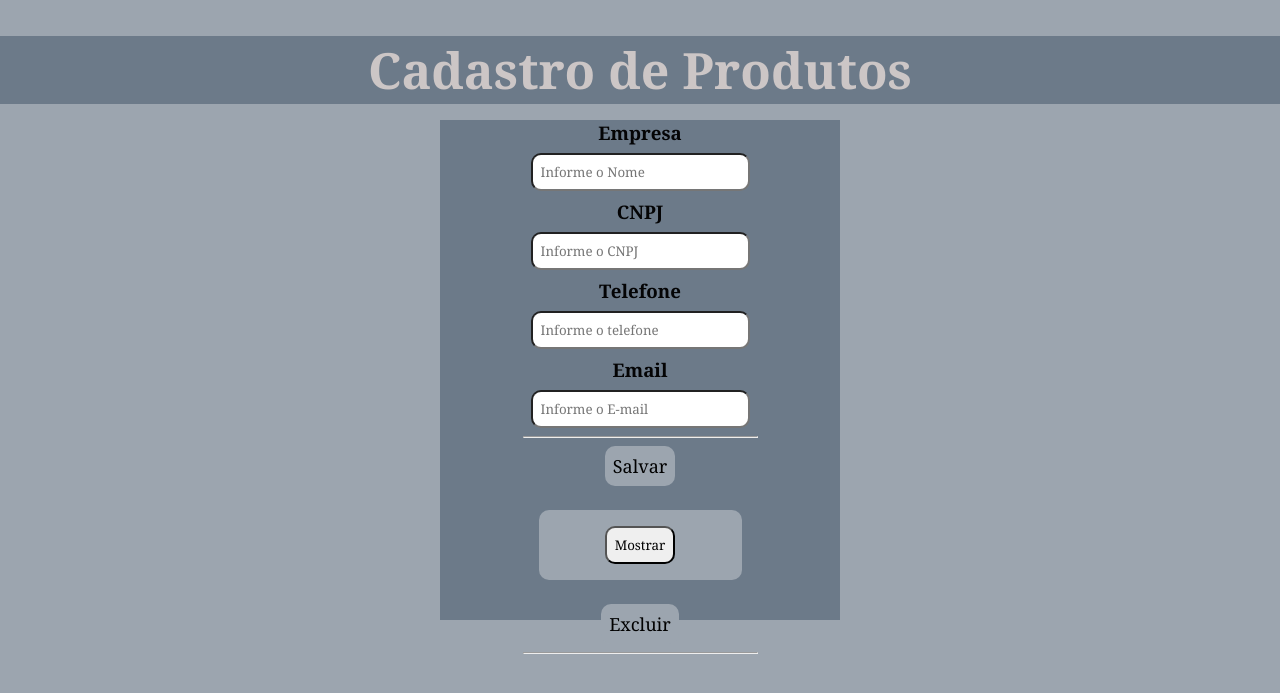
Repository: ArthurKJun/ProjetoCantinaEclipse
Page: http://localhost/arsan/cadastroFornecedor.jsp
These files come from the project's save history. The page is drawn as it stood at one moment and after the next save; the edit follows.
The browser window is 1280 px wide. The pictures show the whole page.
The page is served by Tomcat 9. Other server files are loaded and not shown.

Above is the page before, as saved 2023-11-03 03:56:51.
Console error: SyntaxError: Function statements require a function name

### arsan/src/main/webapp/cadastroFornecedor.jsp
<%@ page language="java" contentType="text/html; charset=ISO-8859-1"
	pageEncoding="ISO-8859-1"%>
<!DOCTYPE html>
<html>
<head>

<meta charset="ISO-8859-1">

<link rel="stylesheet" href="./Estilos/style.css">

<title>Cadastro de Fornecedor</title>

</head>
<body>
	<div class="container-geral-4">

		<h1>Cadastro de Produtos</h1>

		<div class="container-porta-cards-cad-fornecedor">

			<div class="inputs-cadastro-for">

				<form action="gravarFornecedor.jsp?editar=no" method="POST">

					<h3>Empresa</h3>
					<input type="text" id="nome" name="nome"
						placeholder="Informe o Nome">
					<h3>CNPJ</h3>
					<input type="text" id="cnpj" name="cnpj"
						placeholder="Informe o CNPJ">
					<h3>Telefone</h3>
					<input type="text" id="fone" name="fone"
						placeholder="Informe o telefone">
					<h3>Email</h3>
					<input type="text" id="email" name="email"
						placeholder="Informe o E-mail">
					<hr>
					<button onclick="Validar()">Salvar</button>

				</form>
				<div class="inputButton">
				<input type="button" onclick="document.location.href='<%="showFornecedor.jsp"%>'" value="Mostrar">
				</div>
				<button onclick="Excluir()">Excluir</button>
				<hr>
				<div id="Ver" style="display: flex;"></div>

			</div>

		</div>

	</div>

	<script>

    function validar(){
    	event.preventDefault();

    	let nome = document.getElementById('nome')
    	if(nome.value == ''){
    		alert('Informe nome')
    		nome.focus()
    		return
    	}

    	let cnpj = document.getElementById('cnpj')
    	if(cnpj.value == ''){
    		alert('Informe cnpj')
    		cnpj.focus()
    		return
    	}

    	let  fone = document.getElementById('fone')
    	if(fone.value == ''){
    		alert('Informe fone')
    		fone.focus()
    		return
    	}

    	let  email = document.getElementById('email')
    	if(email.value == ''){
    		alert('Informe email')
    		email.focus()
    		return
    	}

    	document.getElementsByTagName('form')[0].submit()
    }

    function(){
    	location.href = showFornecedor.jsp;
    }
    </script>
</body>
</html>

### arsan/src/main/webapp/Estilos/style.css
*{
    margin: 0;
    padding: 0;
    box-sizing: border-box;
    font-family: Georgia;

}

body{
    display: flex;
    flex-wrap: wrap;
}

.container-geral{

    width: 100vw;
    height: 100vh;
    background: #6c7a89;
    display: flex;
    flex-direction: row;
    justify-content: center;
    align-items: center;

}
.logo-container{

    display: flex;
    position: absolute;
    top: 40%;
    flex-direction: column;
}

.logo-container img{
    padding: 1rem;
    border-radius: 50%;
    height: 400px;
}

#form-container{
    display: flex;
    position: absolute;
    flex-direction: column;
    flex-wrap: wrap;
    top: 5%;
}

#register-form{

    border: 2px solid white;
    padding: .7rem;
    align-items: center;
    display: flex;
    flex-direction: column;
    font-size: larger;
}

#register-form h3{
    margin-bottom: 20px;
}

#register-form input{

    padding: 0.8rem 0.6rem;
    border: none;
    border-radius: 5px;
    margin-bottom: 10px;
}

#register-form input[type="submit"]{
    background-color: transparent;
    color: #fff;
    border: 2px solid #fff;
    font-size: 1.1rem;
    font-weight: bold;
    cursor: pointer;
    transition: .4s;
}

#register-form input[type="submit"]:hover{
    background-color: #fff;
    color: black;
}

/*---------------------------------------------------------*/
/* tela de entrada */

h1{
    background-color: #6c7a89;
    width: 100%;
    text-align: center;
    font-size: 50px;
    color: rgb(204, 198, 198);
}

.container-porta-cards{

    background-color: #475061;
    display: flex;
    width: 535px;
    height: 550px;
    border: 2px solid white;
    flex-wrap: wrap;
    align-items: center;
    padding: 1rem;
    margin-top: 2rem;

}

.card{

    background-color: #9ca5af;
    display: flex;
    padding: .5rem;
    margin: .5rem;
    width: 150px;
    height: 150px;
    border: 2px solid white;
    flex-direction: column;
    text-align: center;
    align-items: center;
    transition: .4s;

}

.container-porta-cards-2 :active{
    background-color: aqua;
}



.container-porta-cards :hover{

    background-color: #6c7a89;
    cursor: pointer;
}

.card img{

    margin-top: 10px;
    width: 100px;
    height: 100px;
    border-radius: 20%;
    transition: .4s;
}

#venda{

    width: 480px;
    height: 150px;
}

.container-geral-entrada{

    width: 100vw;
    height: calc(100vh + 200px);
    background: #9ca5af;
    display: flex;
    flex-direction: row;
    justify-content: center;


}

/* area de vendas */

.container-porta-cards-2{

    flex: 1.4;
    background-color: #475061;
    border: 2px solid white;
    flex-wrap: wrap;
    align-items: center;
    padding: 1rem;
    display: flex;
}

.container-porta-cards-2 :hover{

    background-color: #6c7a89;
    cursor: pointer;
}

.container-lista-vendas{
    height: 36.9rem;
    margin-right: 2rem;
    margin: 1rem;
    flex: 1;
    background-color: #475061;
    border: 2px solid white;
    flex-wrap: wrap;
    position: relative;
    padding: 1rem;
}

.container-geral-3{

    gap: 1rem;
    width: 100vw;
    height: 100vh;
    background: #9ca5af;
    display: flex;
    flex-direction: row;
    justify-content: center;
    align-items: center;

}

table{

    margin-top: 1rem;
    position: absolute;
    margin-left: 2rem;

}
table th {

    padding: .5rem;
    width: 200px;
    background-color: #6c7a89;
    border-radius: 10px;

}

table td{
    text-align: center;
    padding: 0.5rem;
    background-color: #6c7a89;
    border-radius: 10px;
}

.bExcluir{
    background-color: transparent;
}

.excluir{
    background-color: transparent;
    border-radius: 5px;
}

.excluir img{
    width: 1rem;
}

tfoot td{
    font-weight: bold;

}

/* tela cadastro cliente */

.container-geral-4{

    width: 100vw;
    height: 100vh;
    background: #9ca5af;
    flex-direction: column;
    justify-content: center;
    align-items: center;
    display: flex;

}

.inputs-cadastro{


    flex: 1;
    text-align: center;

}

.inputs-cadastro input{

    padding: 0.5rem;
    margin: 0.5rem;
    border-radius: 10px;

}

.inputs-cadastro h3{

    margin-top: 1rem;


}

.inputs-cadastro button{

    padding: 0.5rem;
    margin: 1rem;
    font-size: large;
    background-color: #9ca5af;
    border: none;
    border-radius: 10px;

}

.inputs-cadastro button:hover{

    background-color: #fff;
    color: black;
    cursor: pointer;
}

.inputButton {

    padding: 0.5rem;
    margin: 1rem;
    font-size: large;
    background-color: #9ca5af;
    border: none;
    border-radius: 10px;

}

.inputButton :hover{

    background-color: #fff;
    color: black;
    cursor: pointer;
}

.container-porta-cards-cad{

    background-color: #6c7a89;
    width: 400px;
    height: 500px;
    color:#040405;
    justify-items: center;
    margin-top: 2rem;

}

.cliente{

    background-color: #9ca5af;
    margin: 1rem;
    border-radius: 5px;

}

a{
    text-decoration: none;
    color: #040405;
}

.container-geral-4 h1{

    margin-top: -4rem;

}

.produto{

    background-color: #9ca5af;
    margin: 1rem;
    border-radius: 5px;
}

.container-porta-cards-cad-fornecedor{

    background-color: #6c7a89;
    width: 400px;
    height: 500px;
    color:#040405;
    justify-items: center;
    margin-top: 1rem;
}

.inputs-cadastro-for{

    flex: 1;
    text-align: center;

}

.inputs-cadastro-for input{

    padding: 0.5rem;
    margin: 0.5rem;
    border-radius: 10px;
}

.inputs-cadastro-for button{

    padding: 0.5rem;
    margin: .5rem;
    font-size: large;
    background-color: #9ca5af;
    border: none;
    border-radius: 10px;

}

.inputs-cadastro-for button:hover{

    background-color: #fff;
    color: black;
    cursor: pointer;
}

.fornecedor{
    background-color: #9ca5af;
    margin: 1rem;
    border-radius: 5px;
}

After the next save:
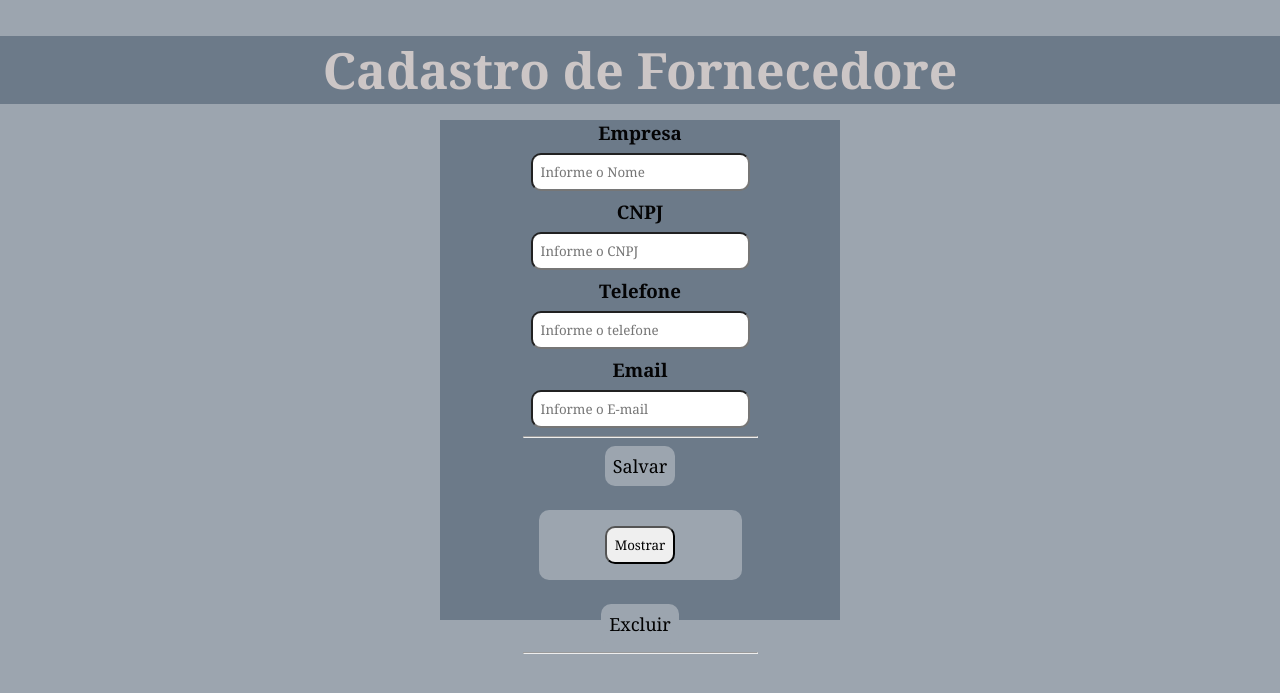
Saved 113 s later.
--- a/arsan/src/main/webapp/cadastroFornecedor.jsp
+++ b/arsan/src/main/webapp/cadastroFornecedor.jsp
@@ -14,7 +14,7 @@
 <body>
 	<div class="container-geral-4">
 
-		<h1>Cadastro de Produtos</h1>
+		<h1>Cadastro de Fornecedore</h1>
 
 		<div class="container-porta-cards-cad-fornecedor">
 
--- a/arsan/src/main/webapp/Estilos/style.css
+++ b/arsan/src/main/webapp/Estilos/style.css
@@ -301,7 +301,7 @@ tfoot td{
     cursor: pointer;
 }
 
-.inputButton {
+.inputButton{
 
     padding: 0.5rem;
     margin: 1rem;
@@ -312,7 +312,7 @@ tfoot td{
 
 }
 
-.inputButton :hover{
+.inputButton:hover{
 
     background-color: #fff;
     color: black;
